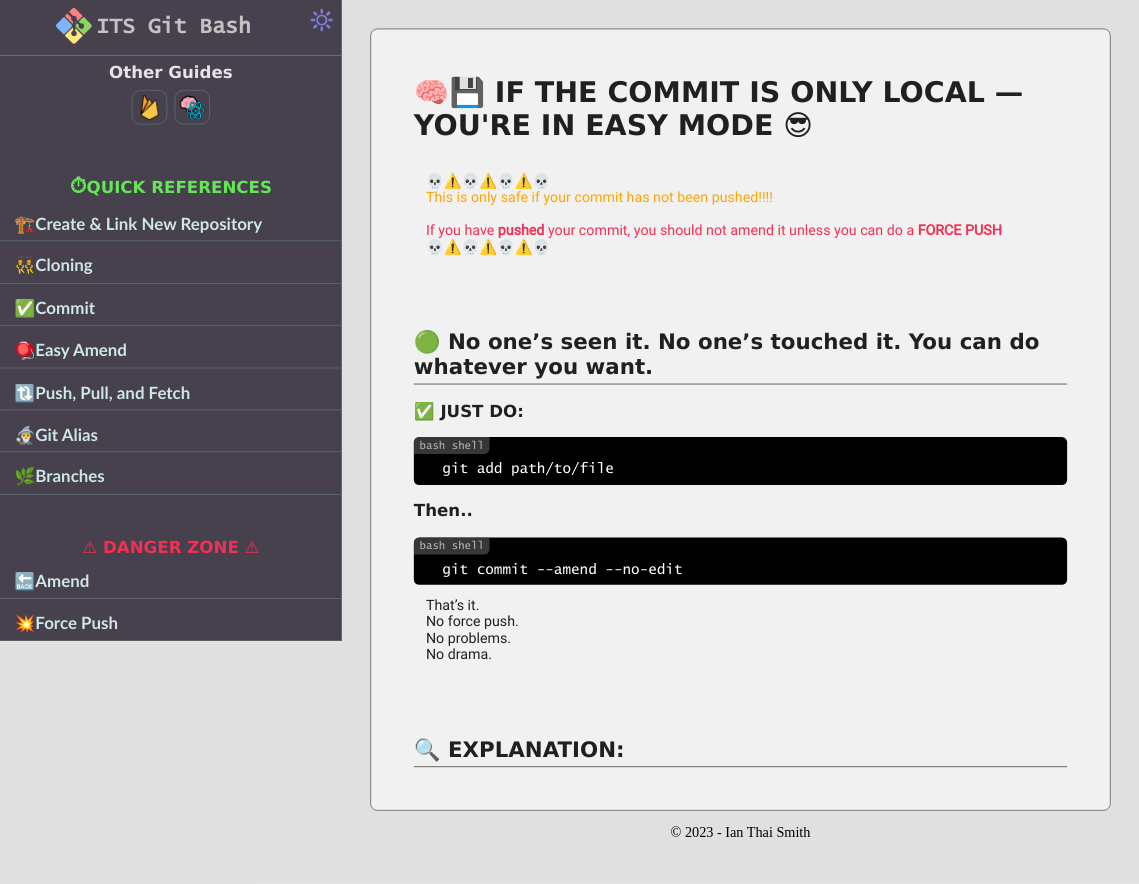
Repository: whyDoILoveThis/project__ITS_Git_Bash
Page: html/easy-amend.html
The author's editor kept a copy of each file at every save. The page is drawn from the files as they stood at one save, then again after the next save.
The browser window is 1280 px wide. The pictures show the whole page, at 89% of full size.

Above is the page before, as saved 2025-07-06 06:29:59.

### html/easy-amend.html
<!DOCTYPE html>
<html lang="en">
  <head>
    <meta charset="UTF-8" />
    <meta name="viewport" content="width=device-width, initial-scale=1.0" />
    <link rel="stylesheet" href="/css/normalize.css" />
    <link rel="stylesheet" href="/css/style.css" />
    <title>new-page</title>
  </head>
  <body>
    <!--!!!!!-->
    <!--! MAIN-WRAP -->
    <div class="main-wrap">
      <section class="article-wrap">
        <article class="article">
          <h1>🧠💾 IF THE COMMIT IS ONLY LOCAL — YOU'RE IN EASY MODE 😎</h1>
          <p class="orng">
            💀⚠️💀⚠️💀⚠️💀
            <br />
            This is only safe if your commit has not been pushed!!!!
            <br />
            <br />
            <em class="red">
              If you have <b>pushed</b> your commit, you should not amend it
              unless you can do a <b>FORCE PUSH</b>
            </em>
            <br />
            💀⚠️💀⚠️💀⚠️💀
          </p>
          <h2>
            🟢 No one’s seen it. No one’s touched it. You can do whatever you
            want.
          </h2>
          <h3>✅ JUST DO:</h3>
          <div class="code">
            <p>git add path/to/file<br /></p>
          </div>
          <h3>Then..</h3>
          <div class="code">
            <p>git commit --amend --no-edit</p>
          </div>
          <p>
            That’s it. <br />
            No force push. <br />
            No problems. <br />
            No drama.
          </p>
          <h2>🔍 EXPLANATION:</h2>
        </article>
      </section>
    </div>
    <!--! MAIN-WRAP -->
    <!--! !!!!!!! -->
    <script src="/JS/dynamic-nav.js"></script>
  </body>
</html>

### css/style.css


/*TODO: REFACTOR FOR BETTER ORGANIZATION
        AND REMOVING REDUNDANCIES*/

        :root {
            --size--brightness-toggler: 50px;
        }


.gradient {
    width: 100vw;
    height: 100vh;
    background: rgb(52,30,84);
background: linear-gradient(360deg, rgba(52,30,84,1) 0%, rgba(67,41,166,1) 100%);
}

@font-face {
    font-family: LucidaConsole;
    src: url(/fonts/lucon.ttf);

}

@font-face {
    font-family: Roboto;
    src: url(/fonts/Roboto-Regular.ttf);
}

body {
    font-family: 'Lucida Sans', 'Lucida Sans Regular', 'Lucida Grande', 'Lucida Sans Unicode', Geneva, Verdana, sans-serif;
    transition: background-color 0.3s ease-in;
    background-color: rgb(36, 31, 35);

}

body::-webkit-scrollbar-track
{
	-webkit-box-shadow: inset 0 0 6px rgba(0,0,0,0.3);
	border-radius: 10px;
	background-color: rgb(52, 29, 69);
}

body::-webkit-scrollbar
{
    border-radius: 10px;

	width: 5px;
	background-color: rgb(50, 41, 56);
}

body::-webkit-scrollbar-thumb
{
	border-radius: 10px;
	-webkit-box-shadow: inset 0 0 6px rgba(0,0,0,.3);
	background-color: #8181DB;
}



ul {
    list-style-type: none;
    padding: 0;
    padding-bottom: 4rem;
    margin: 0;
}

ul li {
    padding: 1rem 0 0.5rem 1rem;
    border-bottom: 0.5px solid rgb(90, 105, 110);
}

li a {
    text-decoration: none;
    color: rgb(206, 231, 231);
    font-family: 'Trebuchet MS', 'Lucida Sans Unicode', 'Lucida Grande', 'Lucida Sans', Arial, sans-serif;
    font-weight: 600;
    text-decoration-thickness: 0px;
    font-size: 19px;
}

a {
    color: rgb(45, 143, 248);
    text-decoration: none;
}

a:hover {
    font-weight: 600;
    text-decoration: underline;
}

li a:hover {
    text-decoration: underline;
    text-decoration-thickness: 2px;
    text-decoration-color: rgb(110, 203, 103);
}

em {
    font-style: normal;
}

.main-wrap {
    display: flex;
    height: 100%;
    width: 100%;
}

/** NAV */

.nav {
    z-index: 100;
    background: rgba(50, 41, 56, 0.877);
    backdrop-filter: blur(8px);
    -webkit-backdrop-filter: blur(8px);
    display: flex;
    flex-direction: column;
    width: 30%;
    height: 100%;
    position: fixed;
    overflow: auto;
    transition: all 0.37s ease-out;
}

.nav::-webkit-scrollbar-track
{
	-webkit-box-shadow: inset 0 0 6px rgba(0,0,0,0.3);
	border-radius: 10px;
	background-color: rgb(50, 41, 56);
}

.nav::-webkit-scrollbar
{
    border-radius: 10px;

	width: 3px;
	background-color: rgb(50, 41, 56);
}

.nav::-webkit-scrollbar-thumb
{
	border-radius: 10px;
	-webkit-box-shadow: inset 0 0 6px rgba(0,0,0,.3);
	background-color: #8181DB;
}


.logo-wrap {
    height: auto;
    max-height: 40px;
    display: flex;
    align-items: center;
    justify-content: center;
    gap: 0.3rem;
    padding: 0.7rem;
    border-bottom: 1px solid rgb(115, 115, 115);
    padding-right: var(--size--brightness-toggler);

}

.logo__icon {
    width: 8vw;
    max-width: 40px;
    height: 8vw;
    max-height: 40px;
    display: inline;
}

.logo__tag {
    color: rgb(195, 195, 195);
    font-family:  LucidaConsole, Arial, Helvetica, sans-serif;
    white-space: 1px;
    font-size: 24px;
    font-weight: 600;
    margin: 0;
}

.dark-mode-toggler-wrap {
    position: absolute;
    top: 10px;
    right: 10px;

}

.other-guides-wrap {
    margin: 0.5rem;
    display: flex;
    justify-content: center;
    align-self: center;
    gap: 0.5rem;
}

.other-guides-wrap > a > img {
    width: 28px;
}

.other-guides-heading {
    color: rgb(228, 228, 228);
    margin-top: 0;
}

.guide-link {
    border: 1px solid rgb(90, 105, 110);
    border-radius: 10px;
    display: flex;
    justify-content: center;
    padding: 0.3rem;
    transition: background-color 0.4s;
}

.guide-link:hover {
    background-color: rgba(255, 255, 255, 0.117);
}

.quick-ref-heading {
    color: rgb(101, 230, 87);
    text-transform: uppercase;
}

.quick-ref-heading::before {
    content: '⏱';
    font-size: 24px;
}

.article-wrap {
    margin-left: 30%;
    width: calc(70% - 2rem * 2);
    padding: 2rem;
}

.article {
    border: 1px solid rgb(109, 109, 109);
    border-radius:8px;
    display: flex;
    flex-direction: column;
    padding: 3rem;
    padding-top: 2rem;

    background-color: rgb(49, 49, 49);
    color: rgba(255, 255, 255, 0.90);
    transition: background-color 0.4s ease-in, color 0.5s ease-in;

}

.article__heading,
.article h2.h2--large {
    text-align: center;
    font-size: 32px;
    margin: 0.8rem;
    border: 0;
}

.article h2 {
    margin: 4.4rem 0 0rem 0;
    border-bottom: 1px solid #555;
    padding-bottom: 0.3rem;
}


.article > p {
    font-family: Roboto, Arial, Helvetica, sans-serif;
    margin: 0.85rem;
}

.emoji {
    display: inline;
    width: 20px;
}

.emoji--rocket {
    content: url(/img/emoji-rocket.PNG);
}

.code {
    font-family: LucidaConsole, Arial, Helvetica, sans-serif;
    white-space: nowrap;
    background-color: black;
    color: white;
    font-style: normal;
    width: 100%;
    display: flex;
    flex-direction: column;
    border-radius: 6px;
    overflow: auto;
}

.code p::selection,
.code em::selection {
    background: rgba(214, 172, 238, 0.273);
    color: inherit;
}

.code::-webkit-scrollbar {
    width: 12px;
    background-color: #F5F5F5;
    height: 7px;
}
.code::-webkit-scrollbar-thumb {
    border-radius: 1px;
    -webkit-box-shadow: inset 0 0 6px rgba(0,0,0,.3);
    background-color: #555;
}
.code::-webkit-scrollbar-track {
    -webkit-box-shadow: inset 0 0 6px rgba(0,0,0,0.3);
    border-radius: 1px;
    background-color: #F5F5F5;
}


.code::before {
    content: 'bash shell';
    background-color: rgb(55, 55, 55);


    align-self: flex-start;

    color: rgb(184, 184, 184);
    padding: 0.25rem 0.4rem 0.1rem 0.4rem;
    border-radius: 6px 0px 6px 0;
    font-size: 12px;
}

.code--html::before {
    content: 'HTML';
    color: rgb(255, 72, 0);
    letter-spacing: 1px;
}

.code--js::before {
   content: 'javascript';
   color: yellow;
}

.code--json::before {
    content: 'json';
    color: rgb(93, 184, 93);
}

.code--file-struct::before {
    content: '📁';
    font-size: 20px;
}

.code p {
    margin: 0.5rem 0 0.5rem 2rem;
    display: inline-block;
    flex: 0 0 100%;
}

.comnt {
    color: rgb(123, 123, 123);
}

.orng {
    color: orange;
}

.grn {
    color: rgb(60, 162, 60);
}

.blu {
    color: rgb(74, 189, 255);
}

.red {
    color: rgb(246, 46, 83);
}

/** BUTTONS */

.btn-group {
    display: flex;
    gap: 0.5rem;
}

.btn {
    position: relative;
    z-index: 99;
    width: 100%;
    font-family: Roboto, Arial, Helvetica, sans-serif;
    font-size: 24px;
    text-shadow: 0 0 2px rgba(0, 0, 0, 0.577);
    padding: 10px 20px;
    background-color: #27396a;

    color: #6cbbfb;
    cursor: pointer;
    border-radius: 10px;
    border: 1.5px solid rgb(0, 0, 0);
    margin-top: 1rem;
}

.btn--important {
    color: rgb(252, 107, 107);
    background-color: rgb(83, 32, 32);
}

.btn--more-info-box {

    font-family: Roboto, Arial, Helvetica, sans-serif;
    background-color: #eeeeee;
    background-color: #363232;

    color: #202020;
    color: rgba(255, 255, 255, 0.90);
    position: relative;
    top: -1rem;
    padding: 1rem;
    border-radius: 8px;
    text-align: center;
    border: 1.5px solid rgb(0, 115, 225);
    animation: 0.5s ease-in-out;
    transform-origin: top center;
    transition: background-color 0.4s ease-in, color 0.5s ease-in;
}

.btn--more-info-box.hidden {
    display: none;

}

@keyframes bounceDown {
    0% {
        transform: scaleY(0);
        opacity: 0;
    }
    70% {
        transform: scaleY(1.04);
        opacity: 1;
    }
    100% {
        transform: scaleY(1);
        opacity: 1;
    }
}

@keyframes bounceUp {
    0% {
        transform: scaleY(1);
        opacity: 1;
    }

    20% {
        transform: scaleY(1.04);
        opacity: 0.8;
    }

    100% {
        transform: scaleY(0);
        opacity: 0.2;
    }
}

.btn--more-info-box p {
    text-align: left;
}

.btn--more-info-box h2 {
    margin-top: 2.5rem;
}

.btn--more-info-box h3 {
    margin-top: 1.5rem;
    margin-bottom: 0;
}

@media screen and (min-width: 768px) {
    .nav-toggler {
        position: fixed;
        display: none;
        visibility: hidden;
    }
}

@media screen and (max-width: 778px) {
    ul li {
        padding: 0.8rem 0.3rem 0.5rem 0.8rem;
    }

    li a {
        font-size: 17px;
    }

    .nav {
        margin: 0;
        width: 100%;
        height: 60px;
        overflow: hidden;
        border-top-right-radius: 0;
        border-bottom-left-radius: 10px;
        border-bottom-right-radius: 10px;
        box-shadow: 1px 1px 1px 3px rgba(0, 0, 0, 0.179);
    }

    .nav-expanded {
        width: 85%;
        height: 100%;
        overflow-y: auto;
        box-shadow: 1px 1px 0px 700px rgba(0, 0, 0, 0.5);
        border-bottom-left-radius: 0;
    }

    .nav-expanded .nav-toggler {
        position: absolute;
        transform: translateY(60px);
    }

    .logo-wrap {
        place-self: center;
        padding-right: var(--size--brightness-toggler);
        padding-left: var(--size--brightness-toggler);
    }
    .logo__icon {
        height: 40px;
        width: 40px;
    }
    .dark-mode-toggler-wrap {
        position: absolute;
        top: 15px;
        right: 10px;

    }
    .nav-toggler {
       width: 40px;
       position: absolute;
       left: 10px;

       transition: all 0.2s;
    }

    .logo__tag {
        font-size: 22px;
        white-space: nowrap;
    }

    .article-wrap {
        margin: 0;
        width: calc(100% - 0.5rem * 2);
         padding: 0.5rem;
         margin-top: 70px;
     }
     .article {
        padding: 0.5rem;
    }
}

.copyright::before {
    content: '© 2023 - Ian Thai Smith ';
    font-family: 'Times New Roman', Times, serif ;
    display: flex;
    justify-content: center;

}

### JS/dynamic-nav.js
const head = document.getElementsByTagName('head')[0];
const tabIcon = document.createElement("link");
tabIcon.href = "/img/git-bash-icon.png";
tabIcon.rel = "icon";
head.appendChild(tabIcon);

const articleWrap = document.querySelector(".article-wrap");

const copyright = document.createElement("p");
copyright.classList.add("copyright");

articleWrap.appendChild(copyright);

// Select the target element
const container = document.querySelector(".main-wrap");

// Create the main navigation element
const navigation = document.createElement("nav");
navigation.classList.add("nav");

function expandNav(){
    navigation.classList.toggle("nav-expanded")
}

const navToggler = document.createElement("img");
navToggler.src = "/img/icon-nav-toggler.png";
navToggler.classList.add("nav-toggler");
navToggler.addEventListener("click", expandNav);



// Create the logo-wrap div
const logoWrap = document.createElement("div");
logoWrap.classList.add("logo-wrap");

// Create the logo icon
const logoIcon = document.createElement("img");
const homeLink = document.createElement("a");
homeLink.href = "/index.html";
logoIcon.src = "/img/git-bash-icon.png";
logoIcon.alt = "";
logoIcon.classList.add("logo__icon");
homeLink.appendChild(logoIcon);


// Create the logo tag
const logoTag = document.createElement("p");
logoTag.classList.add("logo__tag");
logoTag.innerText = "ITS Git Bash";


const darkModeTogglerWrap = document.createElement("div");
darkModeTogglerWrap.classList.add("dark-mode-toggler-wrap");
const darkModeToggler = document.createElement("img");
darkModeTogglerWrap.appendChild(darkModeToggler);
darkModeToggler.src = "/img/icon-brightness-dim.png";
darkModeToggler.style.width = "25px";
darkModeToggler.classList.add(".dark-mode-toggler");

const article = document.querySelector('.article')


darkModeToggler.addEventListener("click", toggleBrightness);

const otherGuidesWrap = document.createElement("div");
otherGuidesWrap.classList.add("other-guides-wrap");

const otherGuides = document.createElement("h3");
otherGuides.innerText = "Other Guides";
otherGuides.classList.add('other-guides-heading');
otherGuides.style.textAlign = "center";
otherGuides.style.marginBottom = "0";
otherGuides.style.marginTop = "0.5rem";

const linkBash = document.createElement('a');
const imgBash = document.createElement("img");
linkBash.classList.add('guide-link');
imgBash.src = "/img/firebase-icon.png";
linkBash.href = "https://its-firebase.vercel.app";
linkBash.appendChild(imgBash);
otherGuidesWrap.appendChild(linkBash);
// another
const linkReact18 = document.createElement('a');
const imgReact18 = document.createElement("img");
linkReact18.classList.add('guide-link');
imgReact18.src = "/img/learn-react18-icon.png";
linkReact18.href = "https://learn-react18.vercel.app";
linkReact18.appendChild(imgReact18);
otherGuidesWrap.appendChild(linkReact18);




const infoBoxes = document.querySelectorAll('.btn--more-info-box');


// Check if 'bright' is stored in localStorage
const storedBright = localStorage.getItem('bright');

// Initialize 'bright' with the stored value (or default to false if not found)
let bright = storedBright === 'false';


function toggleBrightness() {
    bright = !bright;

    // Store the updated 'bright' value in localStorage
    localStorage.setItem('bright', bright);

 // Update UI and apply styles based on 'bright' state

    if(bright){
    fadeOutAndChange(darkModeToggler, "/img/icon-brightness-bright.png");
    document.body.style.backgroundColor = 'rgb(224, 224, 224)';
    article.style.backgroundColor = 'rgb(241, 241, 241)';
    article.style.color = '#202020';
    copyright.style.color = 'black';
    infoBoxes.forEach(infoBox => {
        infoBox.style.backgroundColor = '#eeeeee';
        infoBox.style.color = '#202020';
    });
    } else {
        fadeOutAndChange(darkModeToggler, "/img/icon-brightness-dim.png");
        document.body.style.backgroundColor = 'rgb(36, 31, 35)';
        article.style.backgroundColor = 'rgb(49, 49, 49)';
        article.style.color = 'rgba(255, 255, 255, 0.90)';
        copyright.style.color = 'white';
        infoBoxes.forEach(infoBox => {
            infoBox.style.backgroundColor = '#363232';
            infoBox.style.color = 'rgba(255, 255, 255, 0.90)';
        });
    }
}

function fadeOutAndChange(element, newImageSrc) {
    element.style.opacity = 0;
    setTimeout(() => {

        element.src = newImageSrc;
        element.style.opacity = 1;
    }, 200); // Adjust the time to match your CSS transition duration
}

// Call toggleBrightness to initialize UI based on stored value
toggleBrightness();


// Append the logo icon and tag to the logo-wrap div
logoWrap.appendChild(navToggler);
logoWrap.appendChild(homeLink);
logoWrap.appendChild(logoTag);



// Create the links list
const linkList = document.createElement("ul");
linkList.classList.add("link__list");


const quickRefs = document.createElement("h3");
quickRefs.innerText = "Quick References";
quickRefs.classList.add('quick-ref-heading');
quickRefs.style.textAlign = "center";
quickRefs.style.marginBottom = "0";
quickRefs.style.marginTop = "3rem";
linkList.appendChild(quickRefs);
/****************LINKS****************** */
/****************LINKS****************** */
// Create a list item for the link
const linkItem1 = document.createElement("li");
linkItem1.classList.add("link");
// Create the link itself
const linkCreateNewRepo = document.createElement("a");
linkCreateNewRepo.href = "/html/create-and-link-new-repo.html";
linkCreateNewRepo.innerText = "🏗️Create & Link New Repository";
// Append the link to the list item
linkItem1.appendChild(linkCreateNewRepo);
// Append the list item to the links list
linkList.appendChild(linkItem1);

// Create a list item for the link
const linkItem2 = document.createElement("li");
linkItem2.classList.add("link");
const linkCloning = document.createElement("a");
linkCloning.href = "/html/cloning.html";
linkCloning.innerText = "👯‍♀️Cloning";
// Append the link to the list item
linkItem2.appendChild(linkCloning);
// Append the list item to the links list
linkList.appendChild(linkItem2);

const linkItem3 = document.createElement("li");
linkItem3.classList.add("link");
const linkCommit = document.createElement("a");
linkCommit.href = "/html/commit.html";
linkCommit.innerText = "✅Commit";
linkItem3.appendChild(linkCommit);
linkList.appendChild(linkItem3);

const linkItem3v1 = document.createElement("li");
linkItem3v1.classList.add("link");
const linkEasyAmend = document.createElement("a");
linkEasyAmend.href = "/html/easy-amend.html";
linkEasyAmend.innerText = "🪀Easy Amend";
linkItem3v1.appendChild(linkEasyAmend);
linkList.appendChild(linkItem3v1);

const linkItem4 = document.createElement("li");
linkItem4.classList.add("link");
const linkPushPullAndFetch = document.createElement("a");
linkPushPullAndFetch.href = "/html/push-pull-and-fetch.html";
linkPushPullAndFetch.innerText = "🔃Push, Pull, and Fetch";
linkItem4.appendChild(linkPushPullAndFetch);
linkList.appendChild(linkItem4);

const linkItem7 = document.createElement("li");
linkItem7.classList.add("link");
const linkGitAlias = document.createElement("a");
linkGitAlias.href = "/html/git-alias.html";
linkGitAlias.innerText = "🧙‍♂️Git Alias";
linkItem7.appendChild(linkGitAlias);
linkList.appendChild(linkItem7);

const linkItem8 = document.createElement("li");
linkItem8.classList.add("link");
const linkBranches = document.createElement("a");
linkBranches.href = "/html/branches.html";
linkBranches.innerText = "🌿Branches";
linkItem8.appendChild(linkBranches);
linkList.appendChild(linkItem8);

const dangerZone = document.createElement("h3");
dangerZone.innerText = "⚠ DANGER ZONE ⚠";
dangerZone.style.textAlign = "center";
dangerZone.classList.add("red");
dangerZone.style.marginBottom = "0";
dangerZone.style.marginTop = "3rem";
linkList.appendChild(dangerZone);

const linkItem5 = document.createElement("li");
linkItem5.classList.add("link");
const linkAmend = document.createElement("a");
linkAmend.href = "/html/amend.html";
linkAmend.innerText = "🔙Amend";
linkItem5.appendChild(linkAmend);
linkList.appendChild(linkItem5);

const linkItem6 = document.createElement("li");
linkItem6.classList.add("link");
const linkForcePush = document.createElement("a");
linkForcePush.href = "/html/💥force-push.html";
linkForcePush.innerText = "💥Force Push";
linkItem6.appendChild(linkForcePush);
linkList.appendChild(linkItem6);





/****************LINKS****************** */
/****************LINKS****************** */


// Append the logo-wrap div and links list to the navigation
navigation.appendChild(logoWrap);
navigation.appendChild(darkModeTogglerWrap);
navigation.appendChild(otherGuides);
navigation.appendChild(otherGuidesWrap);
navigation.appendChild(linkList);

// Append the navigation to the container
container.appendChild(navigation);

Loaded but not shown: css/normalize.css (library)

After the next save:
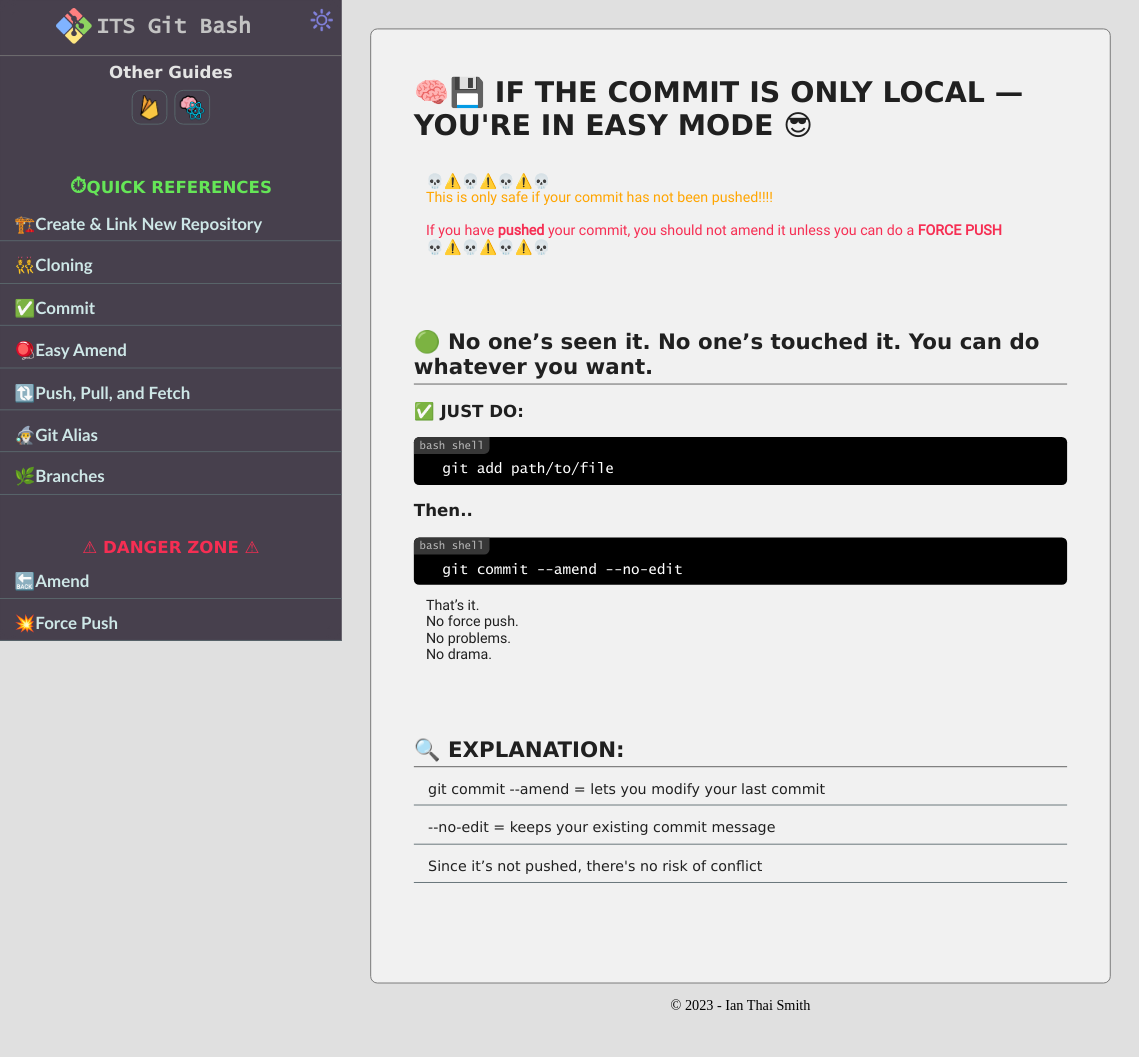
Saved 50 s later.
--- a/html/easy-amend.html
+++ b/html/easy-amend.html
@@ -46,6 +46,11 @@
             No drama.
           </p>
           <h2>🔍 EXPLANATION:</h2>
+          <ul>
+            <li>git commit --amend = lets you modify your last commit</li>
+            <li>--no-edit = keeps your existing commit message</li>
+            <li>Since it’s not pushed, there's no risk of conflict</li>
+          </ul>
         </article>
       </section>
     </div>
